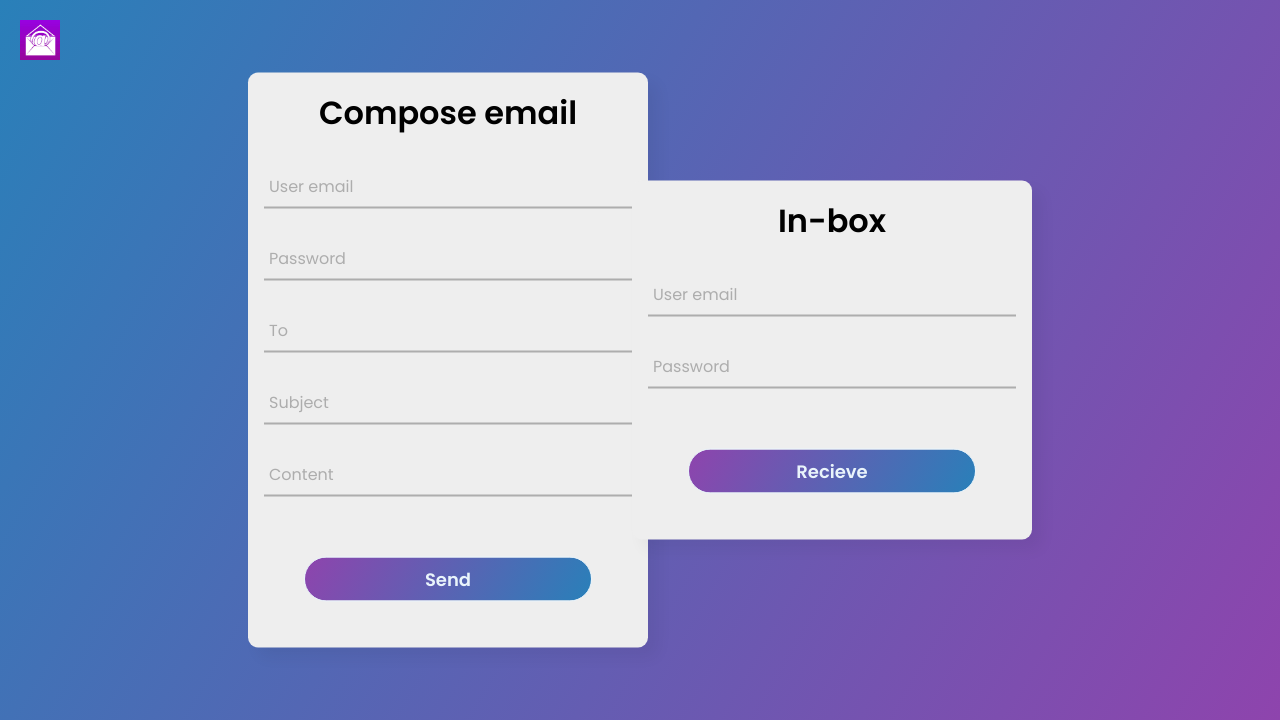
Repository: 20PW01-Abishek/Mail-EZ-in-JAVA
Page: Java package/javapackage/src/main/webapp/index.html
An editor plug-in stored every save of this project. The page is shown before and after the next save, followed by the edit.
The browser window is 1280 px wide. The pictures show the whole page.

Above is the page before, as saved 2022-11-07 13:36:59.

### Java package/javapackage/src/main/webapp/index.html
<!DOCTYPE html>
<html>
<head>
<meta charset="ISO-8859-1">
<link rel="stylesheet" href="style1.css">
<link rel="icon" type="image/x-icon" href="logo.png">
<title>email-compose</title>
</head>
<body>
	<a href=""><img style="margin: 20px;height: 40px;width: 40px;" src="logo.png"></a>
	<div class="parent">
		<div class="center1">
	      <h1>Compose email</h1>
	      <form action="compose" method="post" id="send">
	        <div class="txt_field">
	          <input type="text" name="from_email" required>
	          <span></span>
	          <label>User email</label>
	        </div>
	        <div class="txt_field">
	          <input type="password" name="from_password" required>
	          <span></span>
	          <label>Password</label>
	        </div>
	        <div class="txt_field">
	          <input type="text" name="to_email" required>
	          <span></span>
	          <label>To</label>
	        </div>
	        <div class="txt_field">
	          <input type="text" name="subject" required>
	          <span></span>
	          <label>Subject</label>
	        </div>
	        <div class="txt_field">
	          <input type="text" name="content" required>
	          <span></span>
	          <label>Content</label>
	        </div>
	        <input type="submit" value="Send">
	      </form>
		</div>
		<div class="center2">
			<h1>In-box</h1>
	      	<form action="recieve" method="post" id="recieve">
	        	<div class="txt_field">
	          		<input type="text" name="from_email" required>
	          		<span></span>
	          		<label>User email</label>
	        	</div>
	        	<div class="txt_field">
		          <input type="password" name="from_password" required>
		          <span></span>
		          <label>Password</label>
	        	</div>
	      		<input type="submit" value="Recieve">
	      </form>
	    </div>
    </div>
</body>
</html>

### Java package/javapackage/src/main/webapp/style1.css
@import url('https://fonts.googleapis.com/css2?family=Noto+Sans:wght@700&family=Poppins:wght@400;500;600&display=swap');
*{
  margin: 0;
  padding: 0;
  box-sizing: border-box;
  font-family: "Poppins", sans-serif;
}
body{
  margin: 0;
  padding: 0;
  background: linear-gradient(120deg,#2980b9, #8e44ad);
  height: 100vh;
  overflow: hidden;
}

.parent{
	text-align: center;
}

.center1{
  padding: 1rem 1rem;
  vertical-align: middle;
  position: absolute;
  top: 50%;
  left: 35%;
  transform: translate(-50%, -50%);
  width: 400px;
  background: #eee;
  border-radius: 10px;
  box-shadow: 10px 10px 15px rgba(0,0,0,0.05);
}

.center2{
  padding: 1rem 1rem;
  vertical-align: middle;
  position: absolute;
  top: 50%;
  left: 65%;
  transform: translate(-50%, -50%);
  width: 400px;
  background: #eee;
  border-radius: 10px;
  box-shadow: 10px 10px 15px rgba(0,0,0,0.05);
}

.center h1{
  text-align: center;
  padding: 20px 0;
  border-bottom: 1px solid silver;
}
.center form{
  padding: 0 40px;
  box-sizing: border-box;
}
form .txt_field{
  position: relative;
  border-bottom: 2px solid #adadad;
  margin: 30px 0;
}
.txt_field input{
  width: 100%;
  padding: 0 5px;
  height: 40px;
  font-size: 16px;
  border: none;
  background: none;
  outline: none;
}
.txt_field label{
  position: absolute;
  top: 50%;
  left: 5px;
  color: #adadad;
  transform: translateY(-50%);
  font-size: 16px;
  pointer-events: none;
  transition: .5s;
}
.txt_field span::before{
  content: '';
  position: absolute;
  top: 40px;
  left: 0;
  width: 0%;
  height: 2px;
  background: #2691d9;
  transition: .5s;
}
.txt_field input:focus ~ label,
.txt_field input:valid ~ label{
  top: -5px;
  color: #2691d9;
}
.txt_field input:focus ~ span::before,
.txt_field input:valid ~ span::before{
  width: 100%;
}

input[type="submit"]{
  width: 78%;
  height: 45px;
  border: 1px solid;
  background: linear-gradient(120deg,#8e44ad, #2980b9);
  border-radius: 25px;
  font-size: 18px;
  color: #e9f4fb;
  font-weight: 700;
  cursor: pointer;
  outline: none;
  margin: 30px;
}
input[type="submit"]:hover{
  border-width: medium;
  border-color: #2980b9;
  transition: 1s;
}

After the next save:
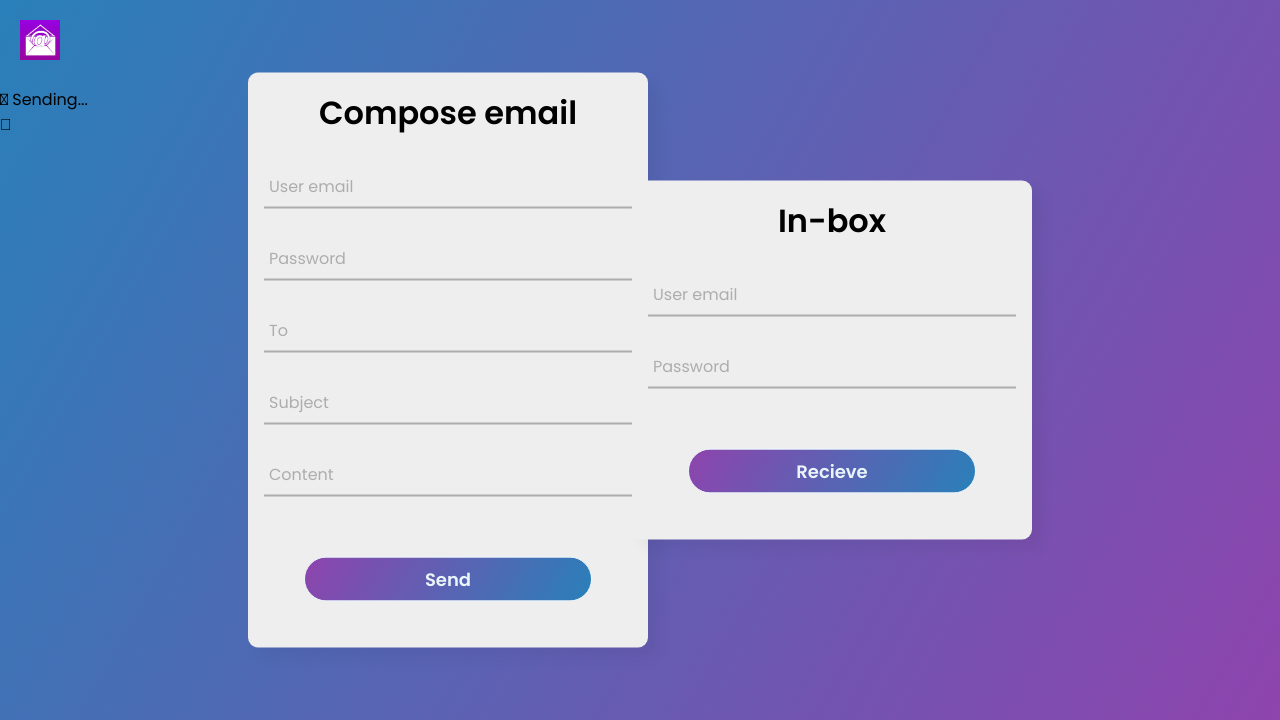
Saved 76 min 9 s later.
--- a/Java package/javapackage/src/main/webapp/index.html
+++ b/Java package/javapackage/src/main/webapp/index.html
@@ -4,10 +4,18 @@
 <meta charset="ISO-8859-1">
 <link rel="stylesheet" href="style1.css">
 <link rel="icon" type="image/x-icon" href="logo.png">
+<link rel="stylesheet" href="https://cdnjs.cloudflare.com/ajax/libs/font-awesome/4.7.0/css/font-awesome.min.css">
 <title>email-compose</title>
 </head>
 <body>
 	<a href=""><img style="margin: 20px;height: 40px;width: 40px;" src="logo.png"></a>
+	<div class="alert">
+		<span class="fas fa-exclamation-circle"></span>
+		<span class="msg">Sending...</span>
+		<div class="close-btn">
+			<span class="fas fa-times"></span>
+		</div>
+	</div>
 	<div class="parent">
 		<div class="center1">
 	      <h1>Compose email</h1>
